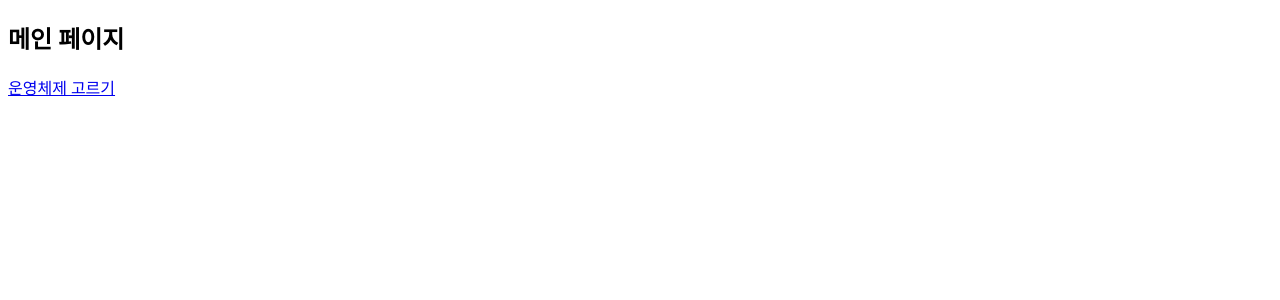
Repository: offbr/Python
Page: django_session/sessionapp/templates/setos.html
These files come from the project's save history. The page is drawn as it stood at one moment and after the next save; the edit follows.
The browser window is 1280 px wide. The pictures show the whole page.

Above is the page before, as saved 2016-11-07 02:31:05.

### django_session/sessionapp/templates/setos.html
<!DOCTYPE html>
<html>
<head>
<meta charset="UTF-8">
<title>Insert title here</title>
</head>
<body>
<h2>메인 페이지</h2>
<a href="/setos">운영체제 고르기</a>
</body>
</html>

After the next save:
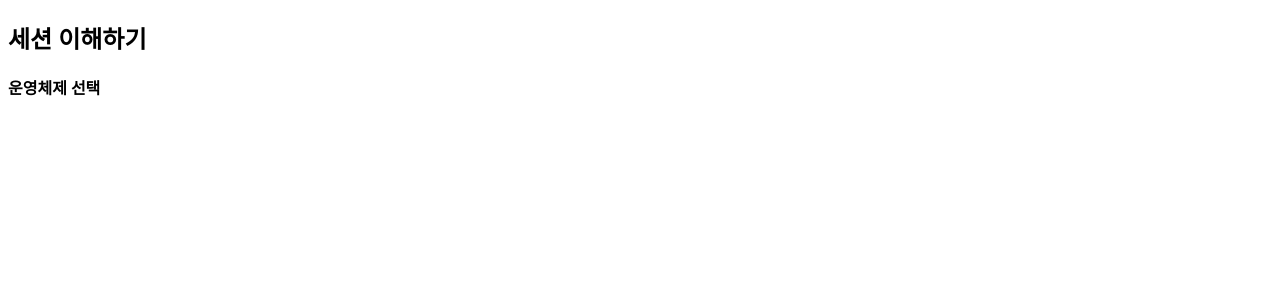
Saved 2 min 15 s later.
--- a/django_session/sessionapp/templates/setos.html
+++ b/django_session/sessionapp/templates/setos.html
@@ -5,7 +5,7 @@
 <title>Insert title here</title>
 </head>
 <body>
-<h2>메인 페이지</h2>
-<a href="/setos">운영체제 고르기</a>
+<h2>세션 이해하기</h2>
+<strong>운영체제 선택</strong>
 </body>
 </html>
